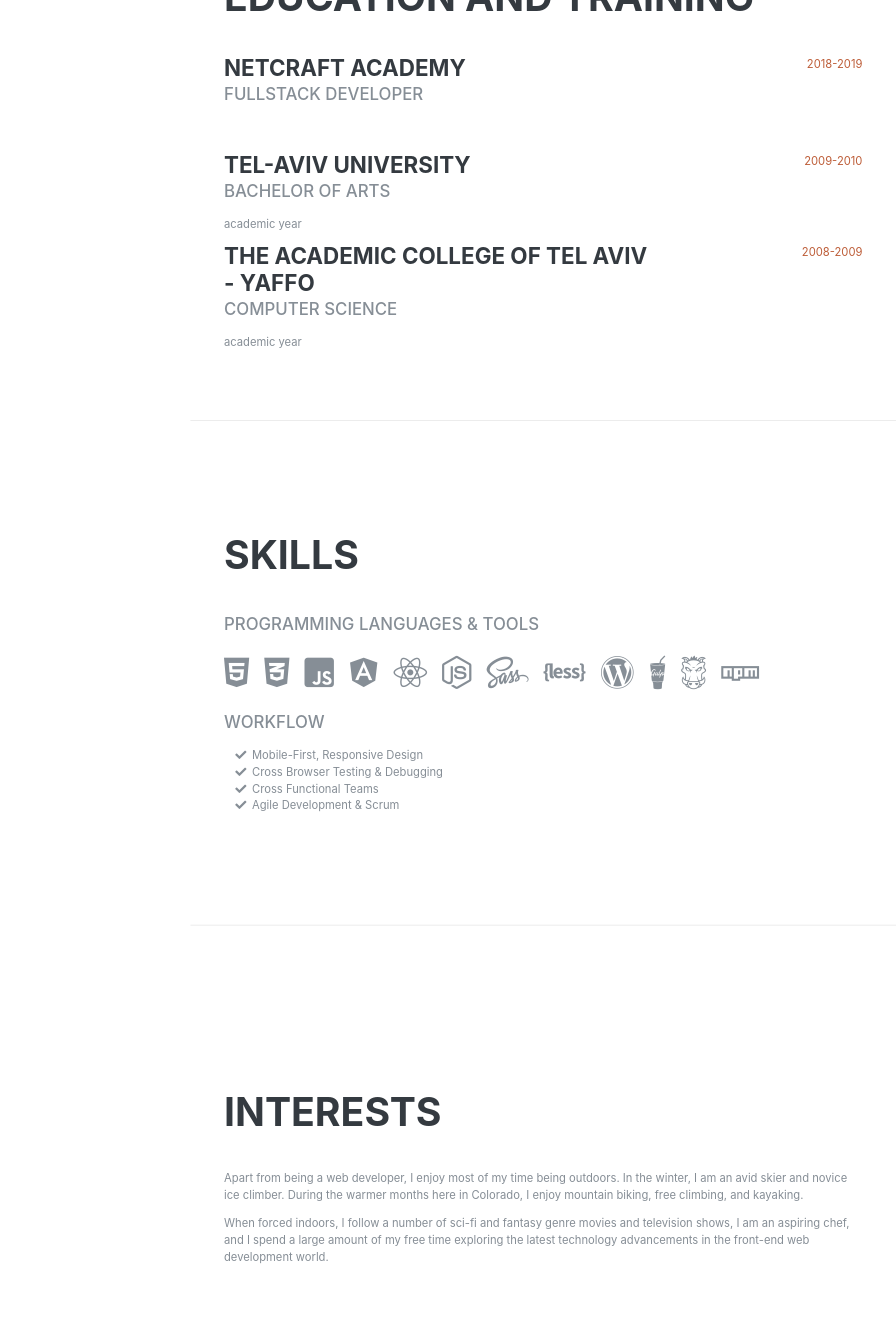
Repository: AlonGur/resume
Page: index.html
An editor plug-in stored every save of this project. The page is shown before and after the next save, followed by the edit.
The browser window is 1280 px wide. The pictures show the part of the page from y = 1683 to 3603 px (the page is 4446 px tall), at 70% of full size.
Some web fonts or font styles are not loaded; a fallback is used.

Above is the page before, as saved 2019-06-07 16:10:57.

After the next save:
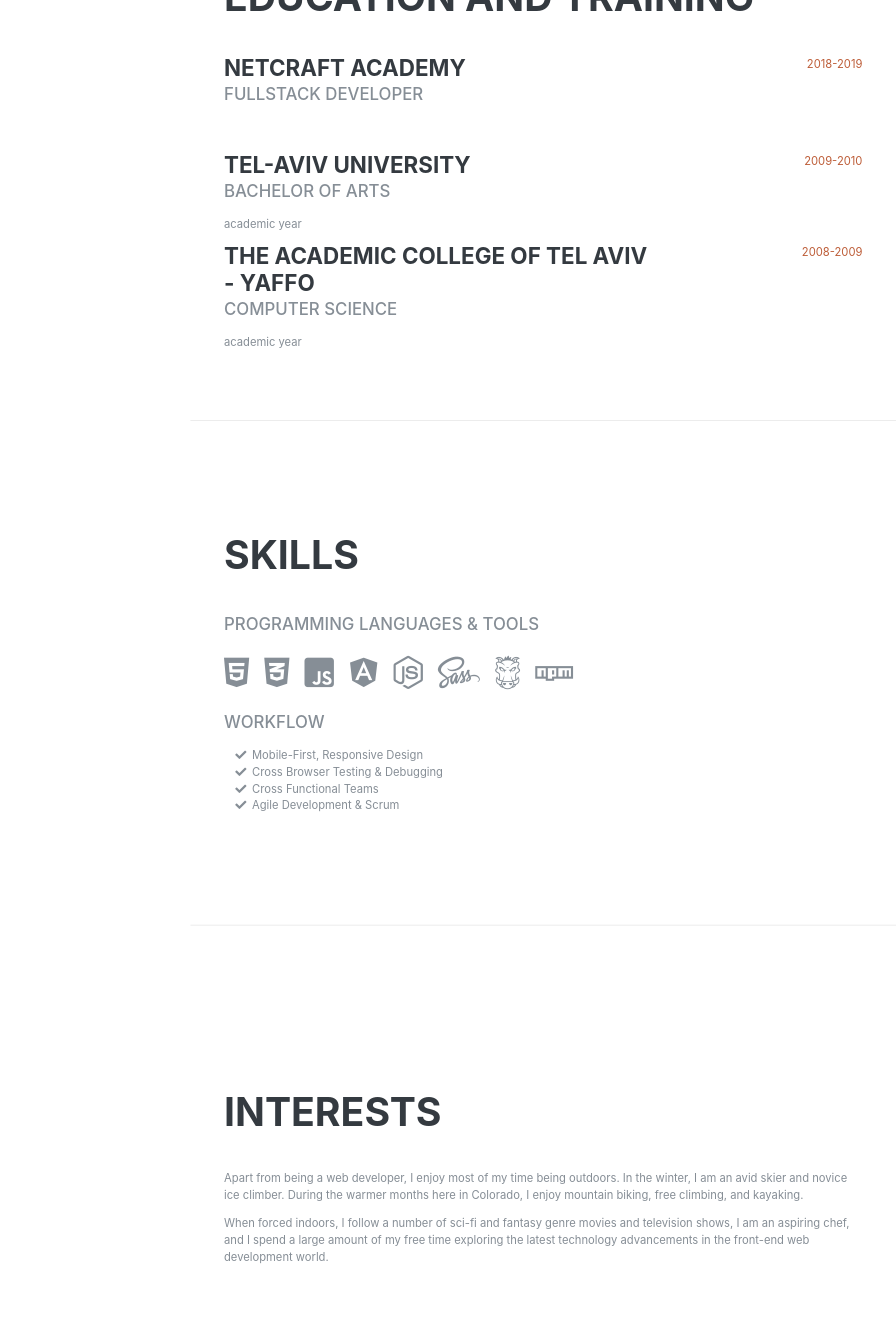
Saved 82 s later.
--- a/index.html
+++ b/index.html
@@ -192,27 +192,19 @@
           <li class="list-inline-item">
             <i class="fab fa-angular"></i>
           </li>
-          <li class="list-inline-item">
-            <i class="fab fa-react"></i>
-          </li>
+
           <li class="list-inline-item">
             <i class="fab fa-node-js"></i>
           </li>
           <li class="list-inline-item">
             <i class="fab fa-sass"></i>
           </li>
-          <li class="list-inline-item">
-            <i class="fab fa-less"></i>
-          </li>
-          <li class="list-inline-item">
-            <i class="fab fa-wordpress"></i>
-          </li>
-          <li class="list-inline-item">
-            <i class="fab fa-gulp"></i>
-          </li>
+
+
           <li class="list-inline-item">
             <i class="fab fa-grunt"></i>
           </li>
+
           <li class="list-inline-item">
             <i class="fab fa-npm"></i>
           </li>
